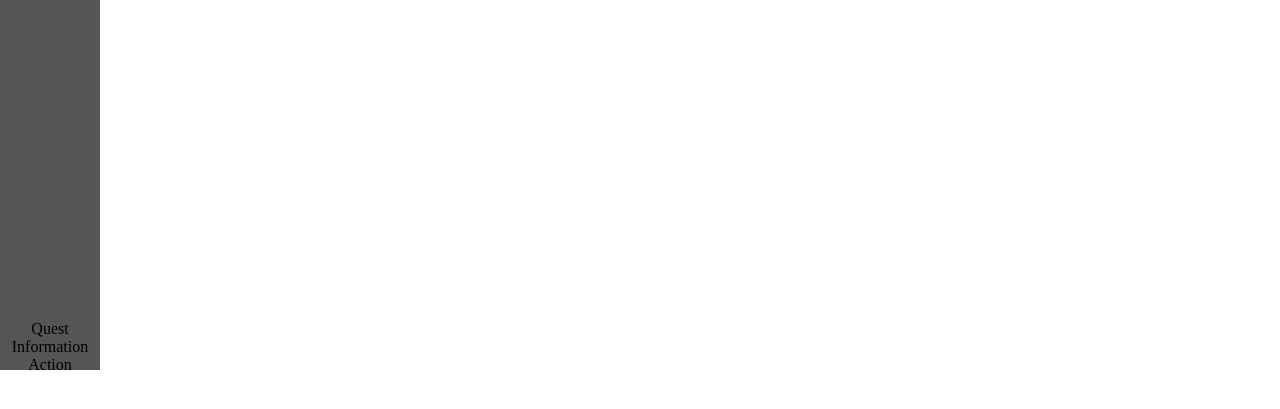
Repository: rahulnag7963/UBCHacks4.0
Page: /
These files come from the project's save history. The page is drawn as it stood at one moment and after the next save; the edit follows.
The browser window is 1280 px wide. The pictures show the whole page.
The project was rebuilt for these pictures with package versions that can differ from the ones it lists, and the page was loaded fresh each time.

Above is the page before, as saved 2022-11-26 01:46:41.

### public/index.html
<!DOCTYPE html>
<html lang="en">
  <head>
    <meta charset="utf-8" />
    <link rel="icon" href="%PUBLIC_URL%/favicon.ico" />
    <meta name="viewport" content="width=device-width, initial-scale=1" />
    <meta name="theme-color" content="#000000" />
    <meta
      name="description"
      content="Web site created using create-react-app"
    />
    <link rel="apple-touch-icon" href="%PUBLIC_URL%/logo192.png" />
    <link rel="manifest" href="%PUBLIC_URL%/manifest.json" />
    <title>BC Hacks 4.0 Game</title>
  </head>
  <body>
    <noscript>You need to enable JavaScript to run this app.</noscript>
    <div id="root"></div>
  </body>
</html>

### src/index.tsx
import React from 'react';
import ReactDOM from 'react-dom/client';
import './index.css';
import App from './app';

const root = ReactDOM.createRoot(
  document.getElementById('root') as HTMLElement
);

root.render(
  <React.StrictMode>
    <App />
  </React.StrictMode>
);

### src/app.tsx
import React from "react";
import "./app.css";
import Quest from "./Components/Quest";
import Information from "./Components/Information";
import Action from "./Components/Action";
function app() {
  return (
    <div className="app">
      <div className="Components">
        <Quest />
        <Information />
        <Action />
      </div>
    </div>
  );
}

export default app;

### src/app.css
.app {
    text-align: center;
    padding-top: 20rem;
    height: 50px;
    width: 100px;
    background-color: #555;
}

### src/Components/Quest.tsx
import React from 'react'

const Quest = () => {
  return (
    <div>Quest</div>
  )
}

export default Quest

### src/Components/Information.tsx
import React from 'react'

const Information = () => {
  return (
    <div>Information</div>
  )
}

export default Information

### src/Components/Action.tsx
import React from 'react'

const Action = () => {
  return (
    <div>Action</div>
  )
}

export default Action

Loaded but not shown: src/index.css (common file)

After the next save:
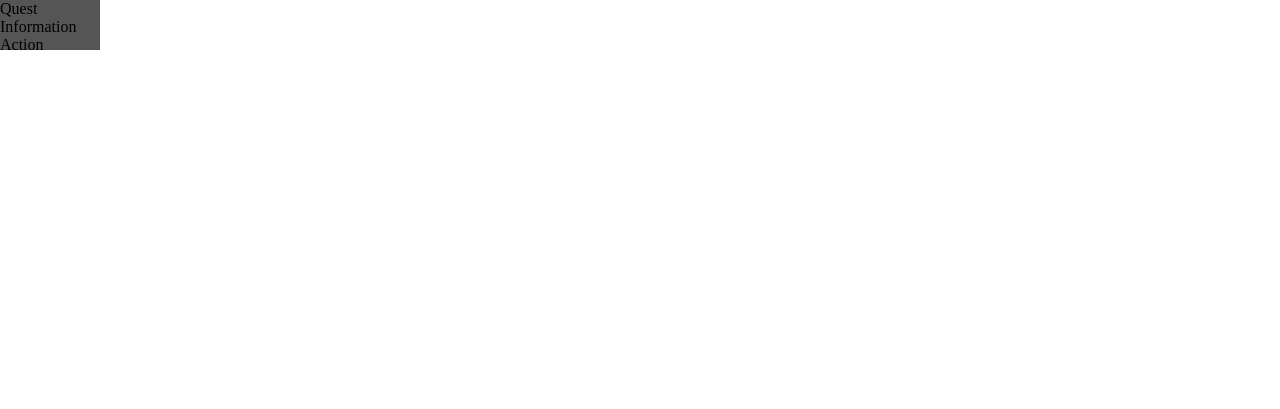
Saved 25 s later.
--- a/src/app.css
+++ b/src/app.css
@@ -1,7 +1,10 @@
 .app {
-    text-align: center;
-    padding-top: 20rem;
     height: 50px;
     width: 100px;
     background-color: #555;
 }
+
+.component {
+    text-align: center;
+    padding-top: 20rem;
+}
